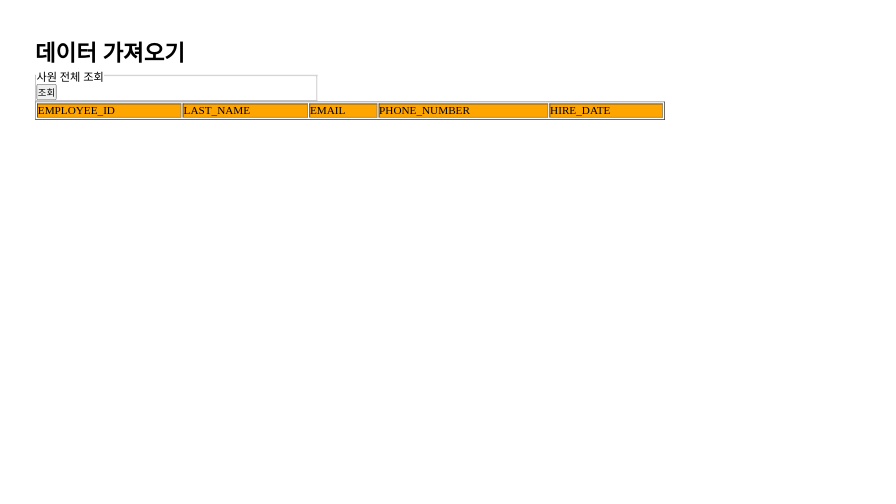
Repository: whdkwhdk90/JAVA
Page: 실습 코드/7. AJAX/UI_JQ_Ajax/WebContent/jq10_ajax.html
An editor plug-in stored every save of this project. The page is shown before and after the next save, followed by the edit.
The browser window is 1280 px wide. The pictures show the part of the page from y = 0 to 1920 px (the page is 720 px tall before and 3217 px after), at 70% of full size.
After loading, the first visible `#emp_search` was clicked once.

Above is the page before, as saved 2020-06-22 05:47:18.

After the next save:
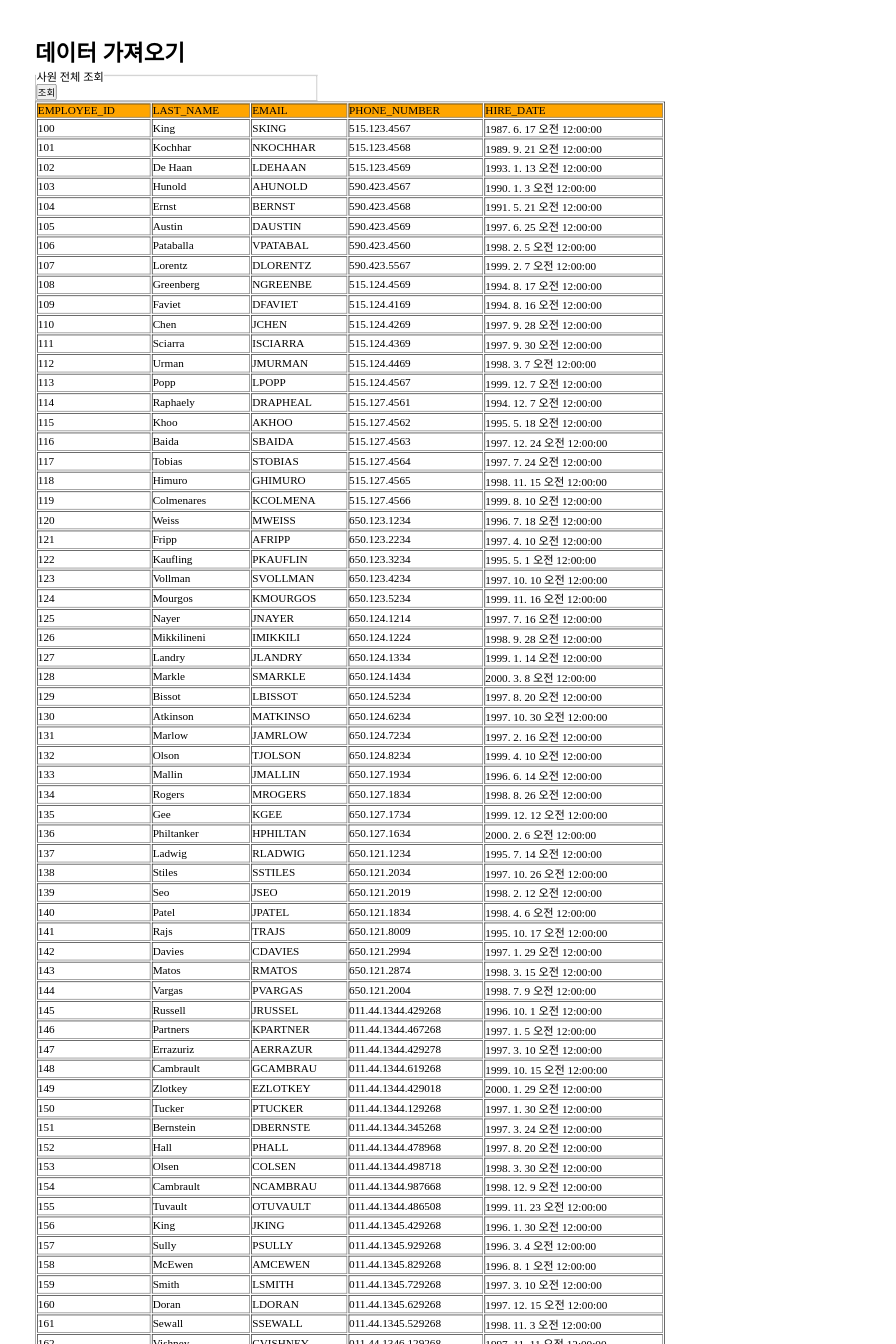
Saved 4 min 22 s later.
--- a/실습 코드/7. AJAX/UI_JQ_Ajax/WebContent/js/create_table.js
+++ b/실습 코드/7. AJAX/UI_JQ_Ajax/WebContent/js/create_table.js
@@ -14,7 +14,7 @@ function makeTable(elem){
 	//위에까지 컬럼 제목 달았음.
 
 	for(var i=0;i<elem.length;i++){
-		$tr = $("tr");
+		$tr = $("<tr>");
 		for(var j=0;j<elem.eq(i).children().length;j++){
 			$td = $("<td>").append( elem.eq(i).children().eq(j).text() );
 			$tr.append($td);
